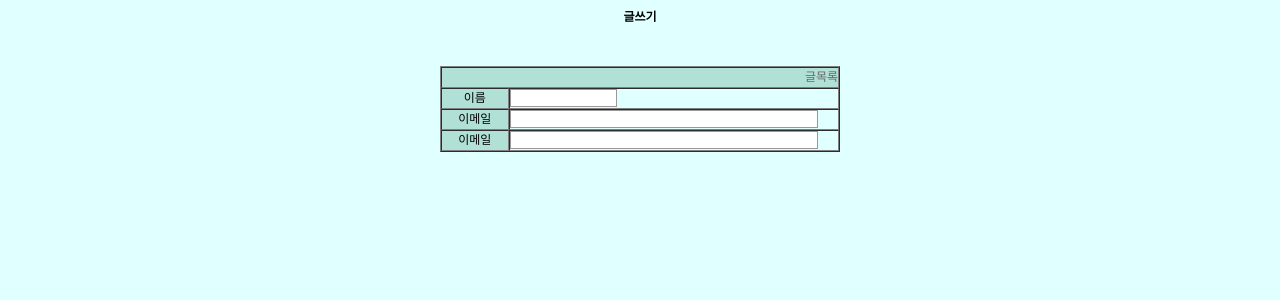
Repository: noopzzya/study_jsp_globalin
Page: http://localhost/ServletProject/boardone/writeform.jsp
The author's editor kept a copy of each file at every save. The page is drawn from the files as they stood at one save, then again after the next save.
The browser window is 1280 px wide. The pictures show the whole page.
The page is served by Tomcat 9.

Above is the page before, as saved 2023-02-08 01:16:31.

After the next save:
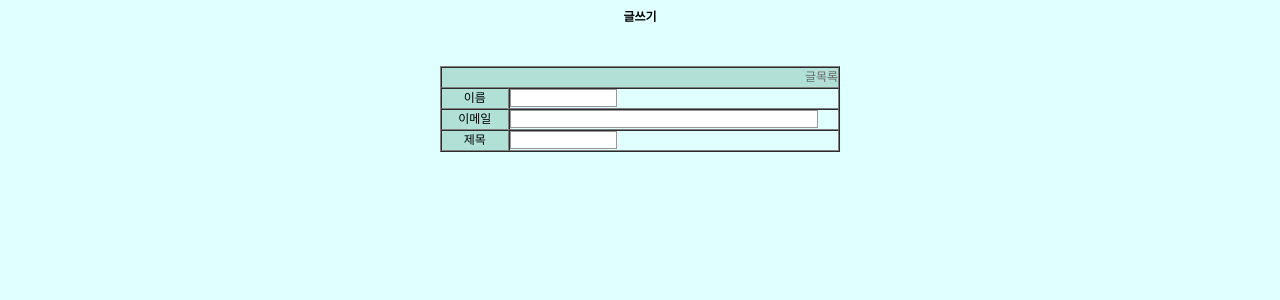
Saved 20 s later.
--- a/ServletProject/src/main/webapp/boardone/writeform.jsp
+++ b/ServletProject/src/main/webapp/boardone/writeform.jsp
@@ -37,9 +37,9 @@
 	</tr>
 
 	<tr>
-		<td width="70" bgcolor="<%=value_c%>" align="center">이메일</td>
+		<td width="70" bgcolor="<%=value_c%>" align="center">제목</td>
 		<td width="330">
-			<input type="text" size="45" maxlength="12" name="email">
+			<input type="text" size="12" maxlength="12" name="subject">
 		</td>
 	</tr>
 
